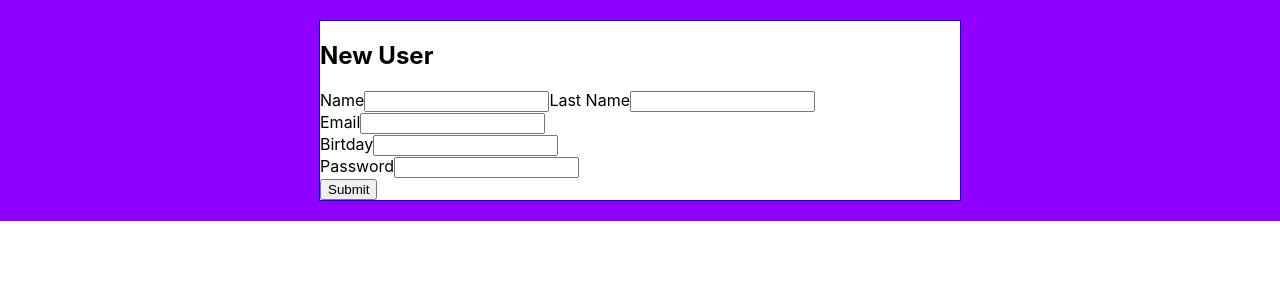
Repository: RobertAries28/CrudUsuarios
Page: /
These files come from the project's save history. The page is drawn as it stood at one moment and after the next save; the edit follows.
The browser window is 1280 px wide. The pictures show the whole page.
The page's requests for data from a server got no answer. The project was rebuilt for these pictures with package versions that can differ from the ones it lists, and the page was loaded fresh each time. No one was signed in, and anything a server would have sent is missing.

Above is the page before, as saved 2022-05-23 19:02:28.

After the next save:
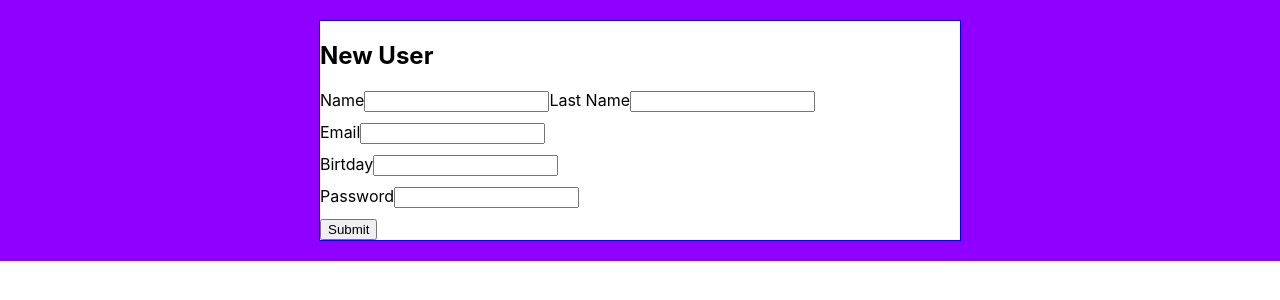
Saved 38 s later.
--- a/src/App.css
+++ b/src/App.css
@@ -31,3 +31,8 @@ ul{
   margin: auto;
   width: 50%;
 }
+
+
+.dateUsers{
+  margin: 10px 0;
+}
